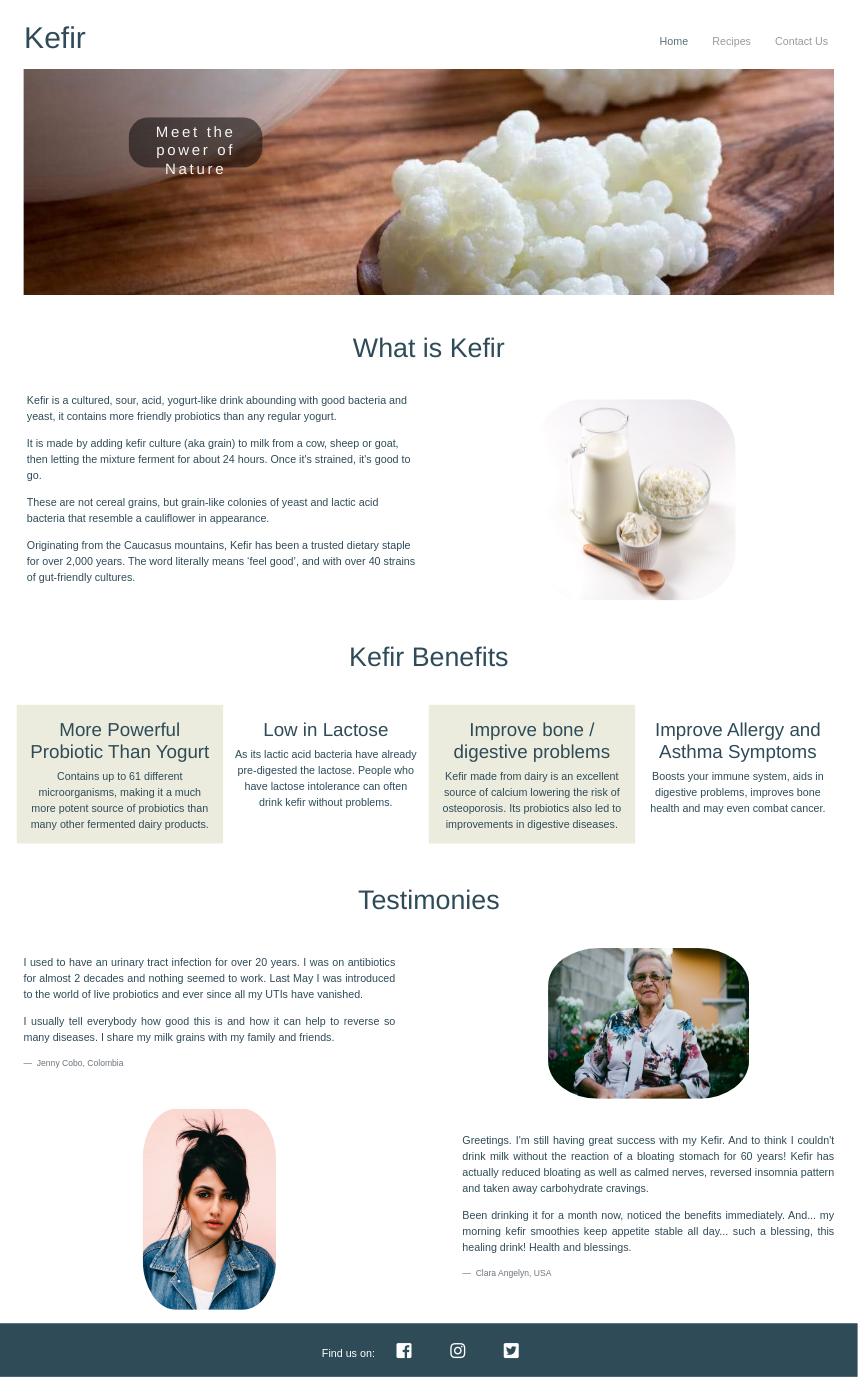
Repository: Code-Institute-Submissions/andna5980-kefir-repo_JuneResub
Page: index.html
These files come from the project's save history. The page is drawn as it stood at one moment and after the next save; the edit follows.
The browser window is 1280 px wide. The page is 1295 px wide, so the pictures cover 1295 px, including what lies to the right of the window. The pictures show the whole page, at 67% of full size.
Some web fonts or font styles are not loaded; a fallback is used. Some web libraries are served in a nearby version.

Above is the page before, as saved 2021-03-05 19:58:14.

After the next save:
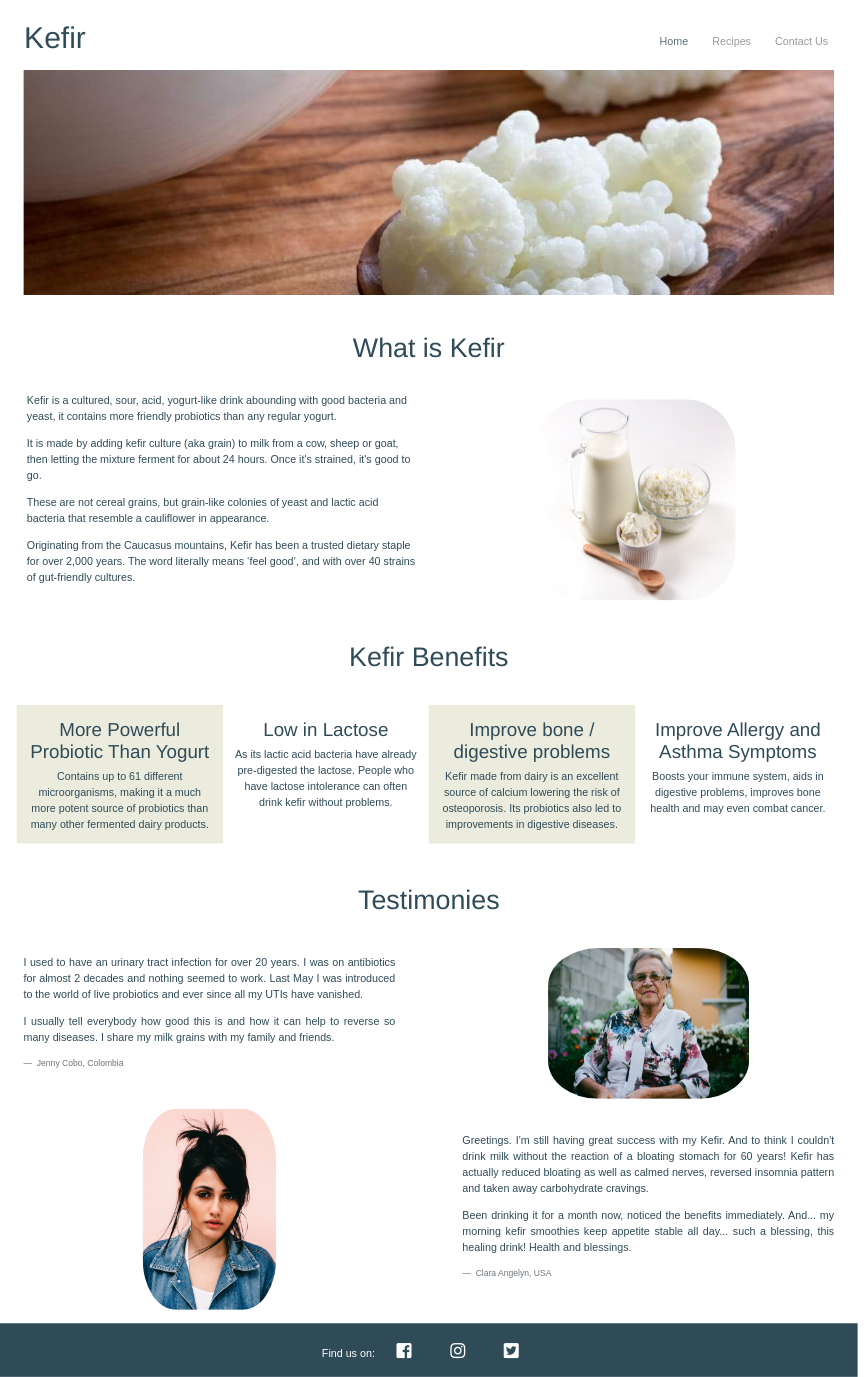
Saved 6 min 52 s later.
--- a/index.html
+++ b/index.html
@@ -46,8 +46,8 @@
   <div class=" container-hero">
     <div class="hero-image col-12"></div>
     <div class="cover-text">
-      <a href="contact.html">Meet</a>
-      <h2>Meet the power of Nature</h2>
+      <a href="contact.html">Meet the power of Nature</a>
+      <!-- <h2>Meet the power of Nature</h2> -->
     </div>
 
   </div>
